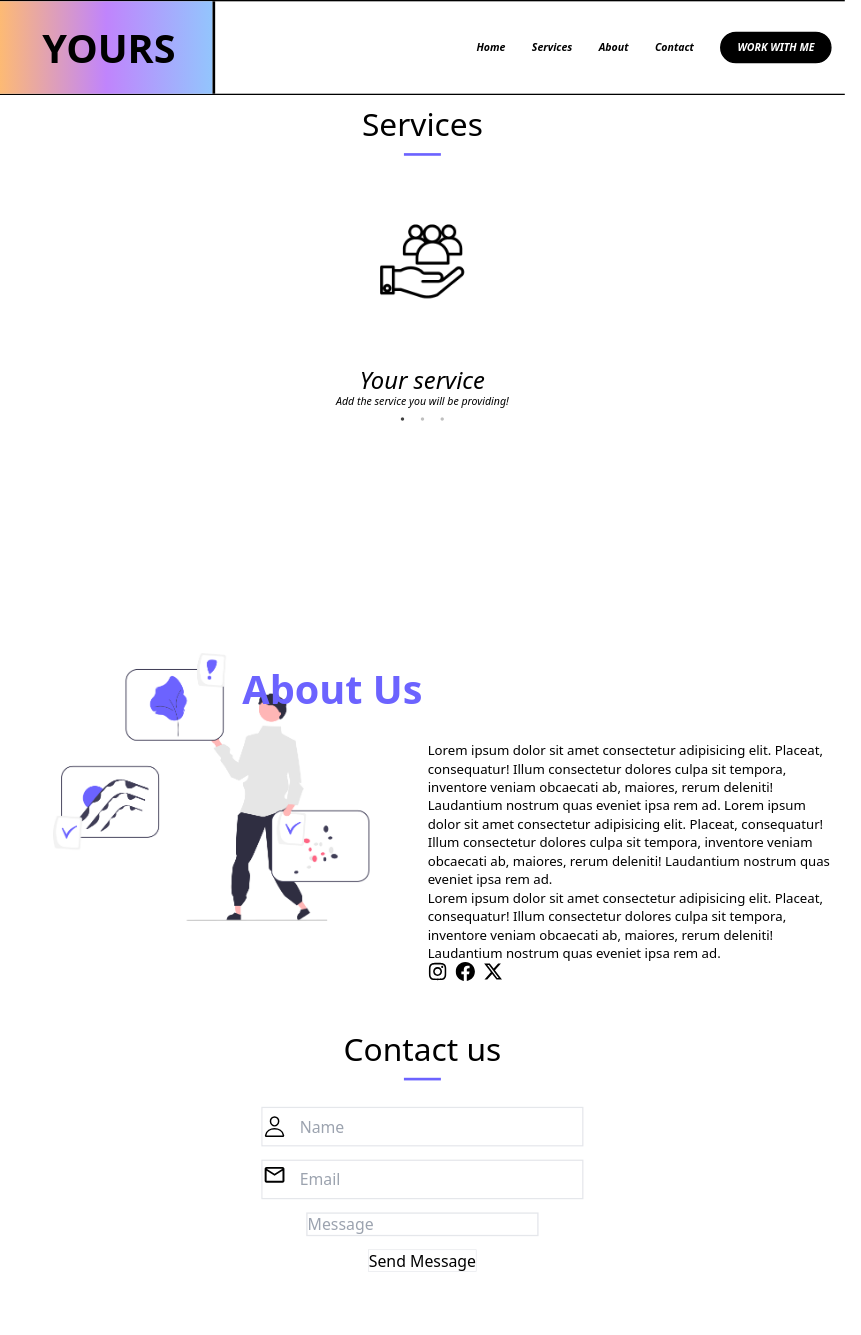
Repository: Al123Kudayyd/eportfolio
Page: /
An editor plug-in stored every save of this project. The page is shown before and after the next save, followed by the edit.
The browser window is 1280 px wide. The page is 1305 px wide, so the pictures cover 1305 px, including what lies to the right of the window. The pictures show the whole page, at 66% of full size.
The project was rebuilt for these pictures with package versions that can differ from the ones it lists, and the page was loaded fresh each time. Also part of the build but not shown: src/components/AboutService.jsx.

Above is the page before, as saved 2024-02-27 11:14:24.

After the next save:
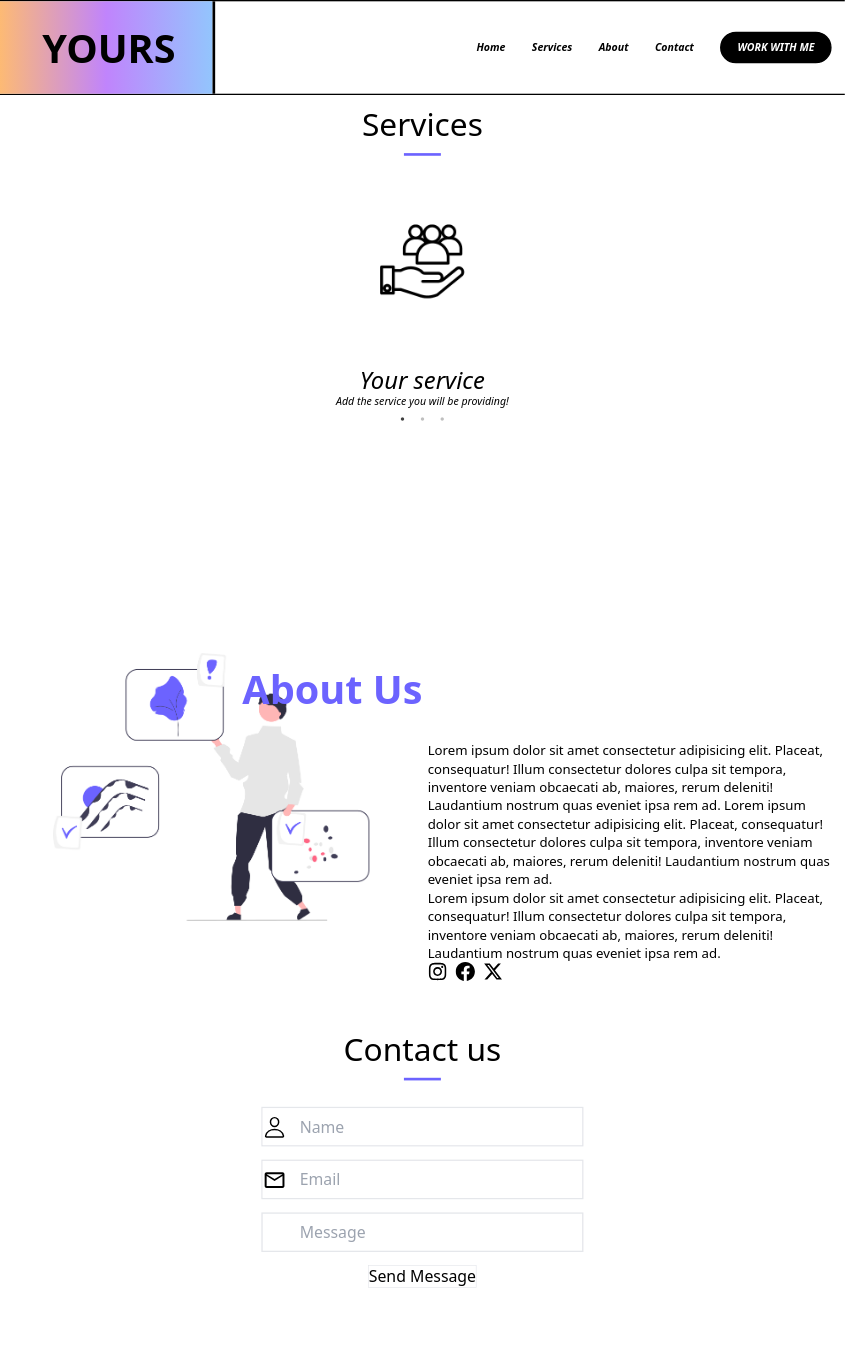
Saved 5 s later.
--- a/src/components/Contact.jsx
+++ b/src/components/Contact.jsx
@@ -17,7 +17,7 @@ function Contact() {
                     <input type="email" placeholder='Email' className='pl-14 pr-20 py-3' />
                     <MdOutlineEmail className='absolute text-4xl top-[34%]' />
                 </div>
-                <input type="text" className='border-2 ' placeholder='Message' />
+                <input type="text" className='border-2 pl-14 pr-20 py-3' placeholder='Message' />
                 <button type='submit' className='border'>Send Message</button>
             </form>
         </div>
